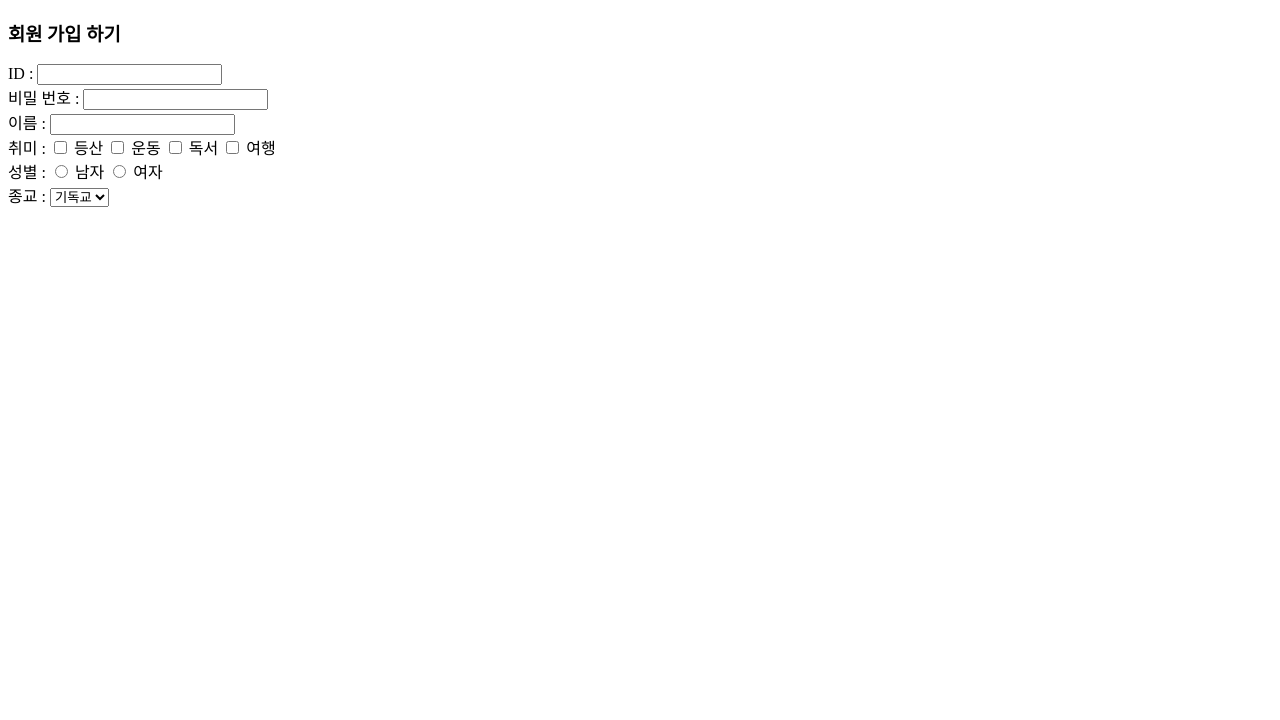
Repository: parkhayoung615/SchoolWebJSP_3
Page: http://localhost/220316/
An editor plug-in stored every save of this project. The page is shown before and after the next save, followed by the edit.
The browser window is 1280 px wide. The pictures show the whole page.
The page is served by Tomcat 9.

Above is the page before, as saved 2022-03-16 00:46:16.

After the next save:
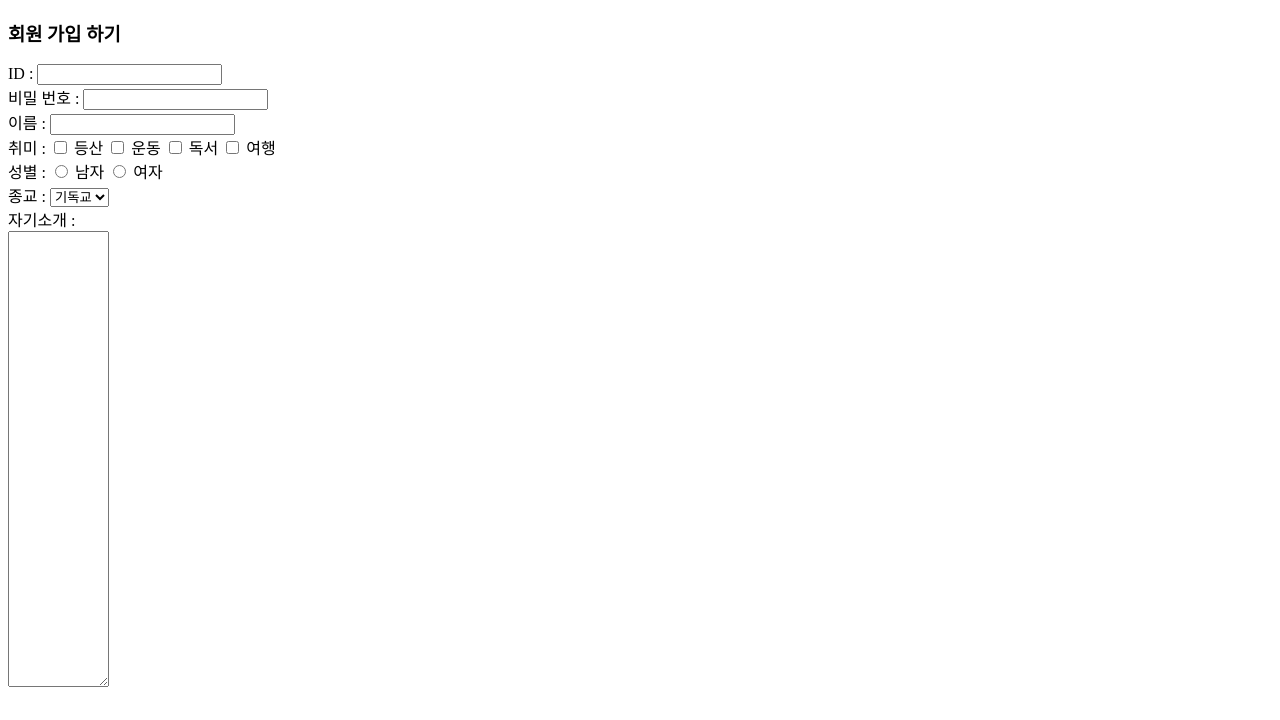
Saved 25 s later.
--- a/220316/220316/WebContent/index.jsp
+++ b/220316/220316/WebContent/index.jsp
@@ -23,8 +23,9 @@
 			<option value="buddhism"> 불교
 			<option value="catholicism"> 천주교
 			<option value="atheism"> 무교
-
-		</select>
+		</select> <br>
+		자기소개 : <br>
+		<textarea rows="30" cols="10"></textarea>
 	</form>
 </body>
 </html>
